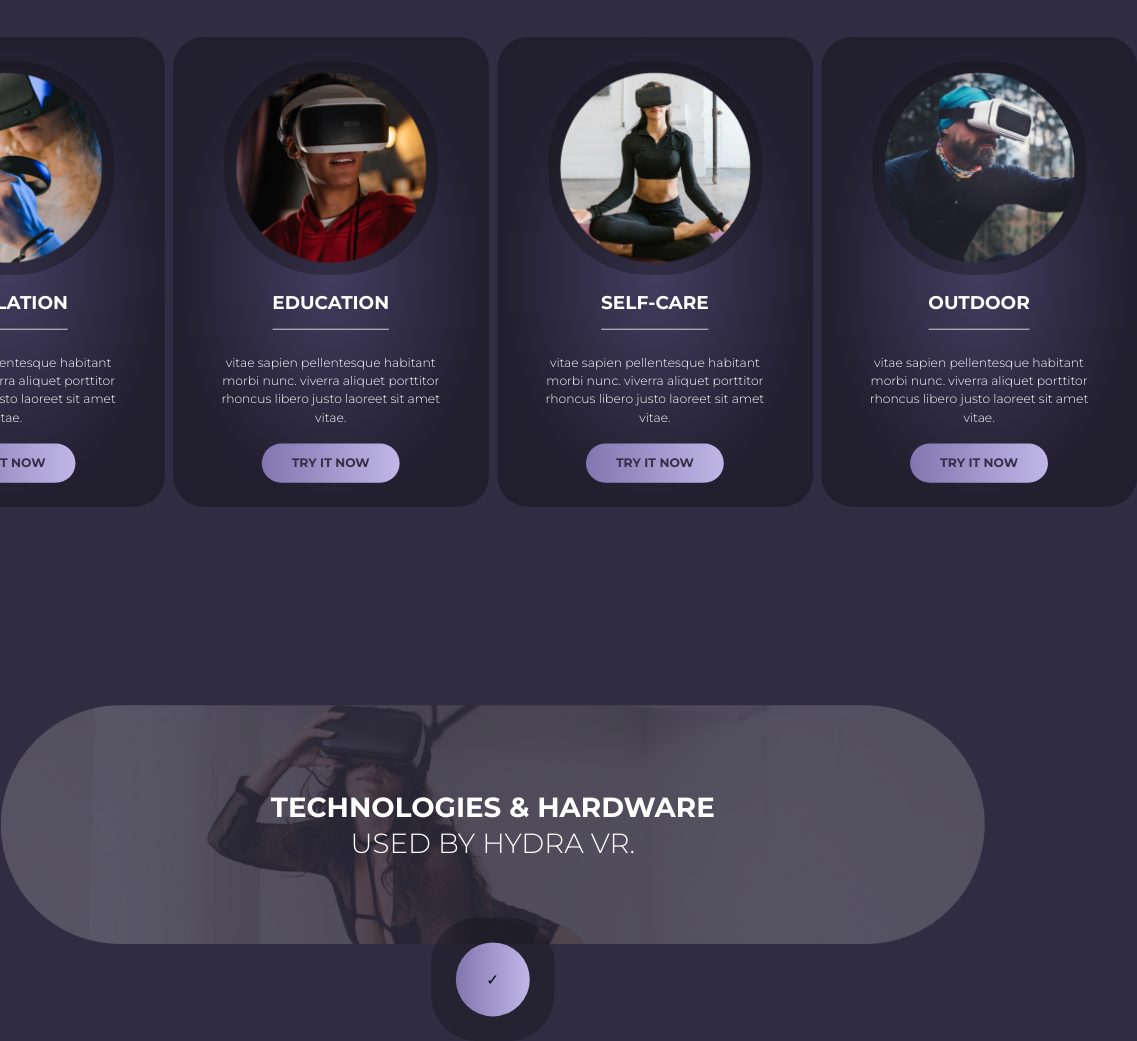
Repository: xMargi/Hydra-LandingPage
Page: index.html
An editor plug-in stored every save of this project. The page is shown before and after a run of saves, followed by the edit.
The browser window is 1280 px wide. The page is 1477 px wide, so the pictures cover 1477 px, including what lies to the right of the window. The pictures show the whole page, at 77% of full size.

Above is the page before, as saved 2023-06-07 21:18:48.

### index.html
    <!DOCTYPE html>
    <html lang="pt-br">
    <head>
        <meta charset="UTF-8">
        <meta http-equiv="X-UA-Compatible" content="IE=edge">
        <meta name="viewport" content="width=device-width, initial-scale=1.0">
        <title>Hydra - Landing Page</title>
        <link rel="stylesheet" href="./reset.css">
        <link rel="stylesheet" href="./style.css">
    </head>
    <body>
        <div class="cartoes">
            <div class="cartao">
                <img src="./assets/1.png" alt="Mulher jogando em realidade virtual" class="cartao__img">
                <h1 class="cartao__titulo">Simulation</h1>
                <p class="cartao__paragrafo">Vitae sapien pellentesque habitant morbi
                nunc. Viverra aliquet porttitor rhoncus
                libero justo laoreet sit amet vitae.</p>
                <button class="cartao__button">Try it now</button>
            </div>
            <div class="cartao">
                <img src="./assets/2.png" alt="Homem usando um óculos de realidade virtual" class="cartao__img">
                <h1 class="cartao__titulo">Education</h1>
                <p class="cartao__paragrafo">Vitae sapien pellentesque habitant morbi
                nunc. Viverra aliquet porttitor rhoncus
                libero justo laoreet sit amet vitae.</p>
                <button class="cartao__button">Try it now</button>
            </div>
            <div class="cartao">
                <img src="./assets/3.png" alt="Mulher meditando com óculos de realidade virtual" class="cartao__img">
                <h1 class="cartao__titulo">Self-Care</h1>
                <p class="cartao__paragrafo">Vitae sapien pellentesque habitant morbi
                nunc. Viverra aliquet porttitor rhoncus
                libero justo laoreet sit amet vitae.</p>
                <button class="cartao__button">Try it now</button>
            </div>
            <div class="cartao">
                <img src="./assets/4.png" alt="Homem fazendo exercicíos utilizando um óculos de realidade virtual" class="cartao__img">
                <h1 class="cartao__titulo">Outdoor</h1>
                <p class="cartao__paragrafo">Vitae sapien pellentesque habitant morbi
                nunc. Viverra aliquet porttitor rhoncus
                libero justo laoreet sit amet vitae.</p>
                <button class="cartao__button">Try it now</button>
            </div>
        </div>
        <div class="container__imagem">
            <h1 class="imagem__titulo">Technologies & Hardware</h1>
            <p class="imagem__paragrafo">Used by hydra vr.</p>
        </div>
        <div class="container__button">
            <button class="botao__baixo">&#10003</button>
        </div>
        <script src="./script.js"></script>
    </body>
    </html>

### style.css
@import url('https://fonts.googleapis.com/css2?family=Montserrat:wght@300;400;700&display=swap');

:root{

    --fonte: 'Montserrat', sans-serif;
    --cor-fundo: #302C42;
    --cor-cartao: radial-gradient(50% 50% at 50% 50%, #433D60 0%, #211E2E 100%);
    --cor-button: linear-gradient(90deg, #8176AF 0%, #C0B7E8 100%);
    --cor-hover: linear-gradient(90deg, #5843ad 0%, #5e41e0 100%);
    --cor-branca: #FFFFFF;
    --cor-texto: #343045;
    --cor-sombra: rgba(14, 14, 14, 0.32);
    --weight: 400;

}

body{
    box-sizing: border-box;
    background: var(--cor-fundo);
    display: flex;
    align-items: center;
    flex-direction: column;
    font-family: var(--fonte);
    font-weight: var(--weight);
    text-transform: uppercase;

}

.cartoes{
    margin:3rem 5.4375rem;
    display: flex;
    gap: 0.6875rem;

}

.cartao{
    background: var(--cor-cartao);
    display: flex;
    flex-direction: column;
    gap: 1.3125rem;
    align-items: center;
    justify-content: center;
    text-align: center;
    padding: 3.125rem;
    border-radius: 2.5rem;
    height: 31.875rem;
    width: 19.375rem;
}

.cartao__img{
    background: var(--cor-sombra);
    border-radius: 8.125rem;
    padding: 0.9375rem;
    width: 80%;
}

.cartao__titulo{

    color: var(--cor-branca);
    font-weight: 700;
    font-size: 1.5rem;
    line-height: 1.875rem;
    padding-bottom: 1.2188rem;
    border-bottom: 0.0313rem solid var(--cor-branca);
}

.cartao__paragrafo{
    padding-top: 0.625rem;
    text-transform: lowercase;
    line-height: 1.5rem;
    color: var(--cor-branca);
    font-weight: 300;

}

.cartao__button{

    background: var(--cor-button);
    padding: 1rem 2.4375rem;
    border-radius: 40px;
    font-weight: 700;
    text-transform: uppercase;
    color: var(--cor-texto);
}

.cartao__button:hover{

    background: var(--cor-fundo);
    border: 1px solid #fefefe;
    transition: all 680ms;
    color: #fefefe;

}



.container__imagem{
    width: 79.875rem;
    height: 19.375rem;
    border-radius: 10rem;
    background-image: url(./assets/pexels.png);
    background-repeat: repeat;
    margin: 13.125rem 0 2rem;
    display: flex;
    align-items: center;
    justify-content: center;
    flex-direction: column;
}

.imagem__titulo{

    font-weight: 700;
    font-size: 2.25rem;
    color: var(--cor-branca);

}

.imagem__paragrafo{

    font-weight: 300;
    font-size: 36px;
    color: var(--cor-branca);
    padding-top: 0.6875rem;

}

.container__button{
    background: var(--cor-sombra);
    padding: 2rem;
    border-radius:3.75rem;
    position: absolute;
    top: 74.5rem;
}

.botao__baixo{

    background: var(--cor-button);
    padding: 1.5625rem;
    border-radius: 3.75rem;
    font-size: 1.25rem;
    width: 6rem;
    height: 6rem;
    text-align: center;
    display: flex;
    justify-content: center;
    text-align: center;
    align-items: center;


}

Loaded but not shown: main/reset.css (common file); script.js (no copy from this time; the picture is the same without it)

After the next 2 saves:
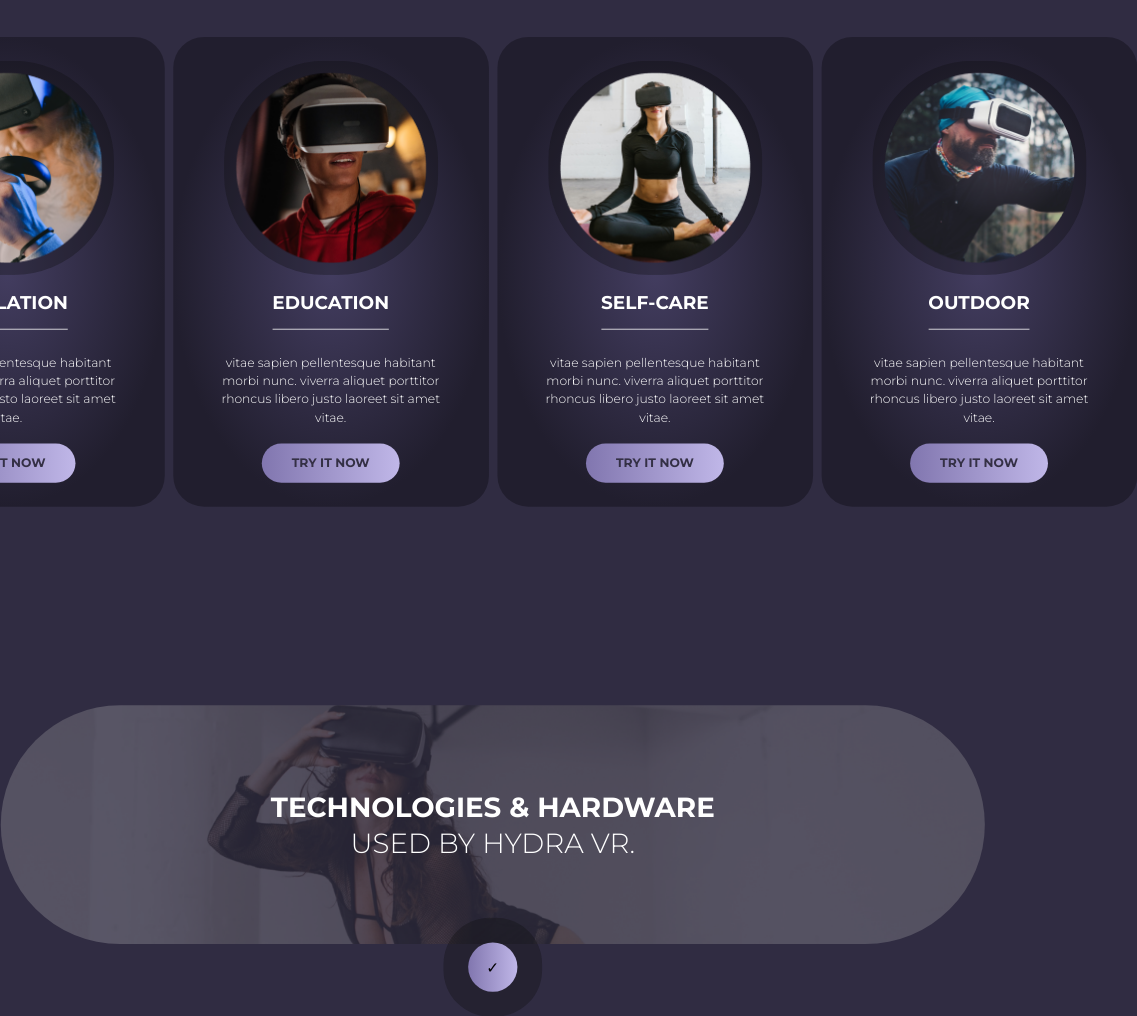
The 2 saves are shown as one change because they came seconds apart.
The last was saved 6 s later.
--- a/style.css
+++ b/style.css
@@ -138,8 +138,8 @@ body{
     padding: 1.5625rem;
     border-radius: 3.75rem;
     font-size: 1.25rem;
-    width: 6rem;
-    height: 6rem;
+    width: 4rem;
+    height: 4rem;
     text-align: center;
     display: flex;
     justify-content: center;
